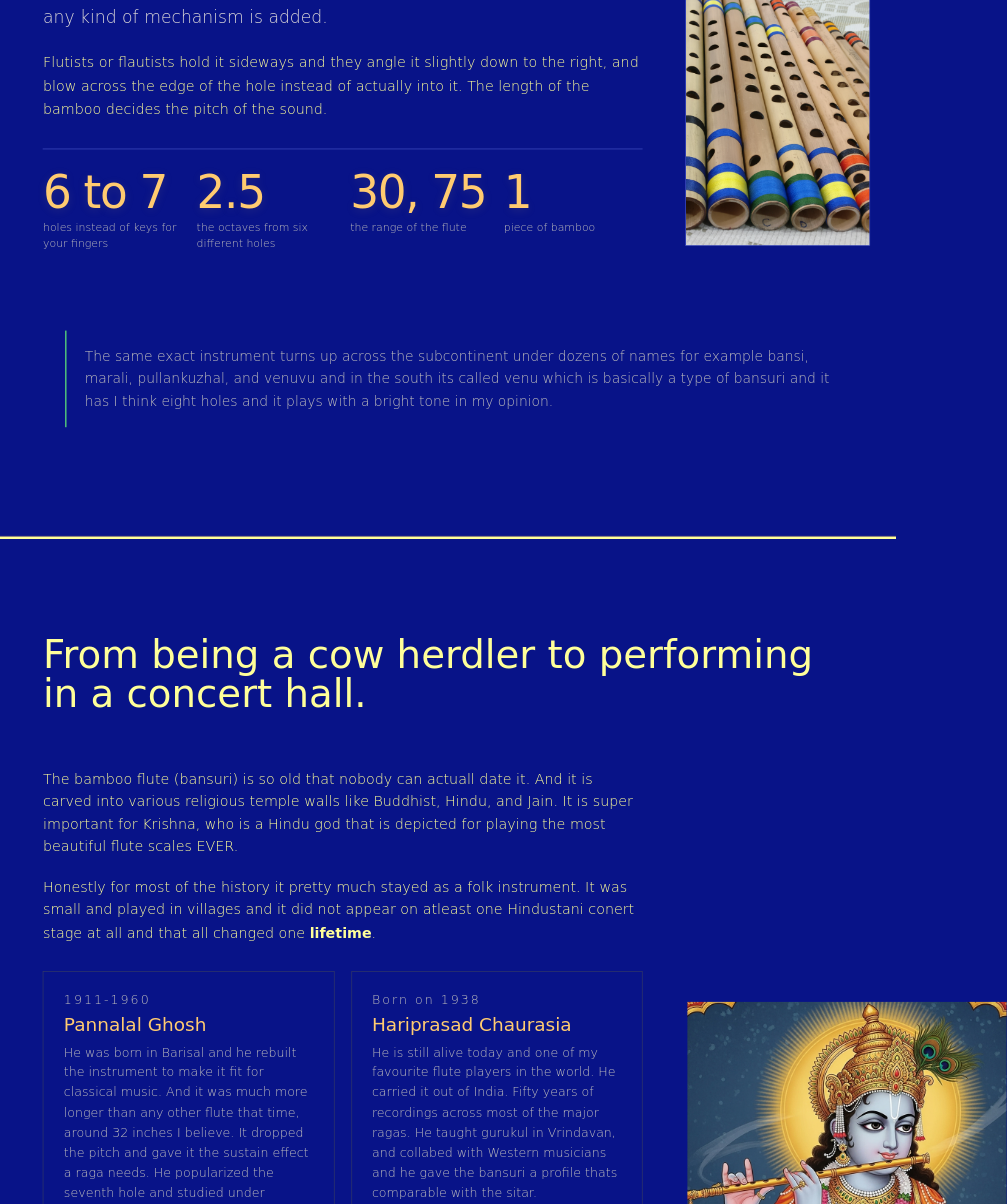
Repository: manayparikh1/Bansi
Page: index.html
The author's editor kept a copy of each file at every save. The page is drawn from the files as they stood at one save, then again after the next save.
The browser window is 1280 px wide. The page is 1438 px wide, so the pictures cover 1438 px, including what lies to the right of the window. The pictures show the part of the page from y = 1355 to 3075 px (the page is 7251 px tall before and 7290 px after), at 70% of full size.

Above is the page before, as saved 2026-10-12 12:10:02.

After the next save:
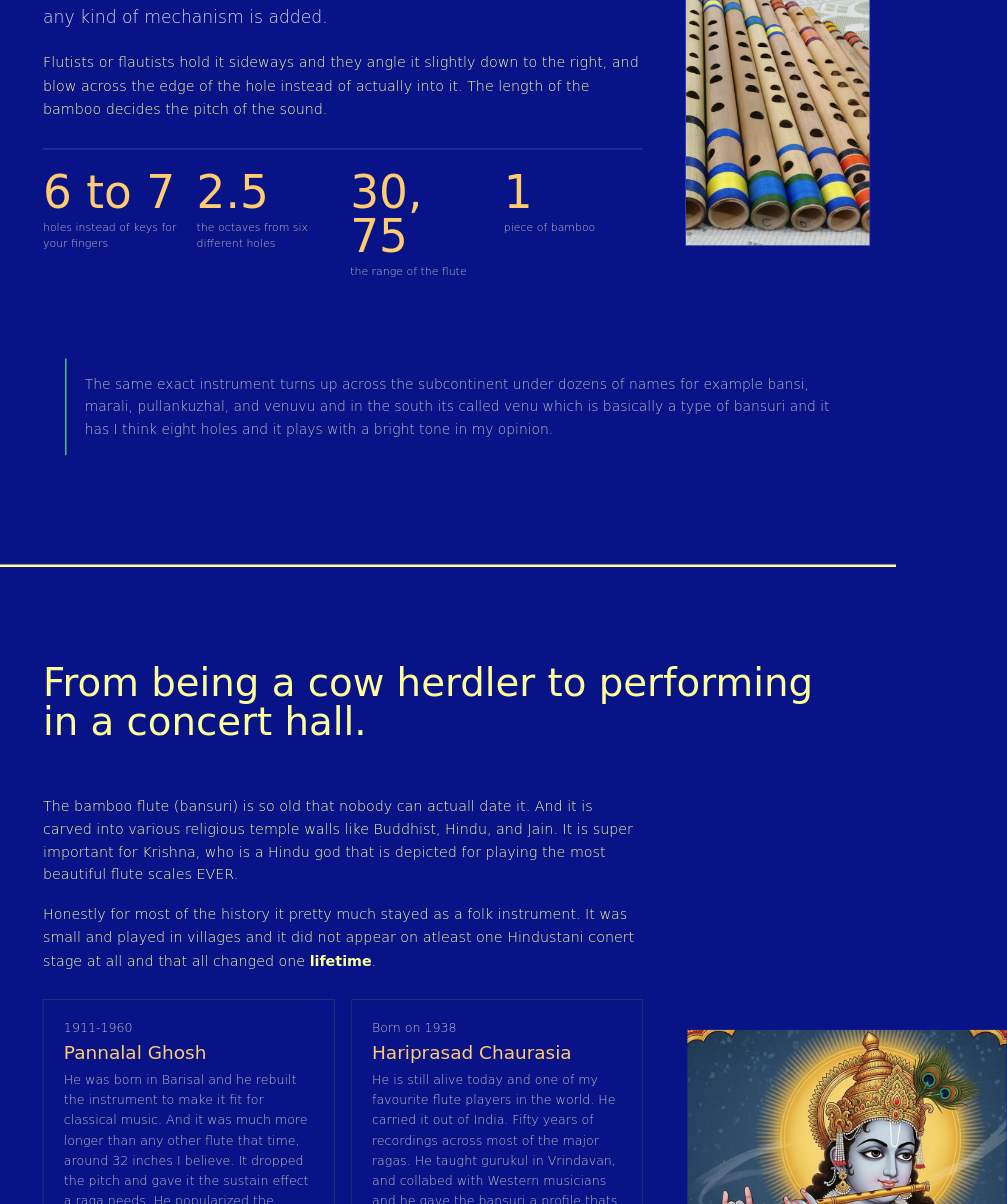
Saved 7 min 29 s later.
--- a/styled.css
+++ b/styled.css
@@ -42,9 +42,7 @@ h2 {
     font-size: clamp(36px, 5vw, 54px);
     color: var(--bamboo);
     line-height: 0.95;
-    letter-spacing: -00.03em;
     margin-bottom: 8px;
-    text-shadow: 0 2px 12px rgba(201, 161, 91, 0.15);
 }
 
 .fact span {
@@ -77,7 +75,6 @@ h2 {
 
 .years {
     font-size: 12px;
-    letter-spacing: 0.16em;
     color: var(--rose);
     margin-bottom: 6px;
 }
@@ -122,7 +119,6 @@ h2 {
     font-family: var(--comicfonts-allofthem);
     font-style: normal;
     font-size: 12px;
-    letter-spacing: 0.12em;
     color: var(--muted);
     margin-top: 4px;
 }
@@ -135,7 +131,6 @@ h2 {
 .gold {
     margin-top: 34px;
     font-size: 12.5px;
-    letter-spacing: 0.22em;
     color: var(--bamboo);
     margin-bottom: 10px;
 }
@@ -174,7 +169,6 @@ kbd {
 .breath {
     margin: 12px 0 0;
     font-size: 13px;
-    letter-spacing: 0.18em;
 }
 
 .instrument.sounding .breath {
@@ -194,7 +188,6 @@ kbd {
 
 .set-label {
     font-size: 11px;
-    letter-spacing: 0.2em;
     color: var(--muted);
     margin-bottom: 10px;
 }
@@ -275,7 +268,6 @@ kbd {
     display: block;
     font-family: var(--comicfonts-allofthem);
     font-size: 12px;
-    letter-spacing: 0.1em;
     color: var(--muted);
     margin-top: 6px;
 }
